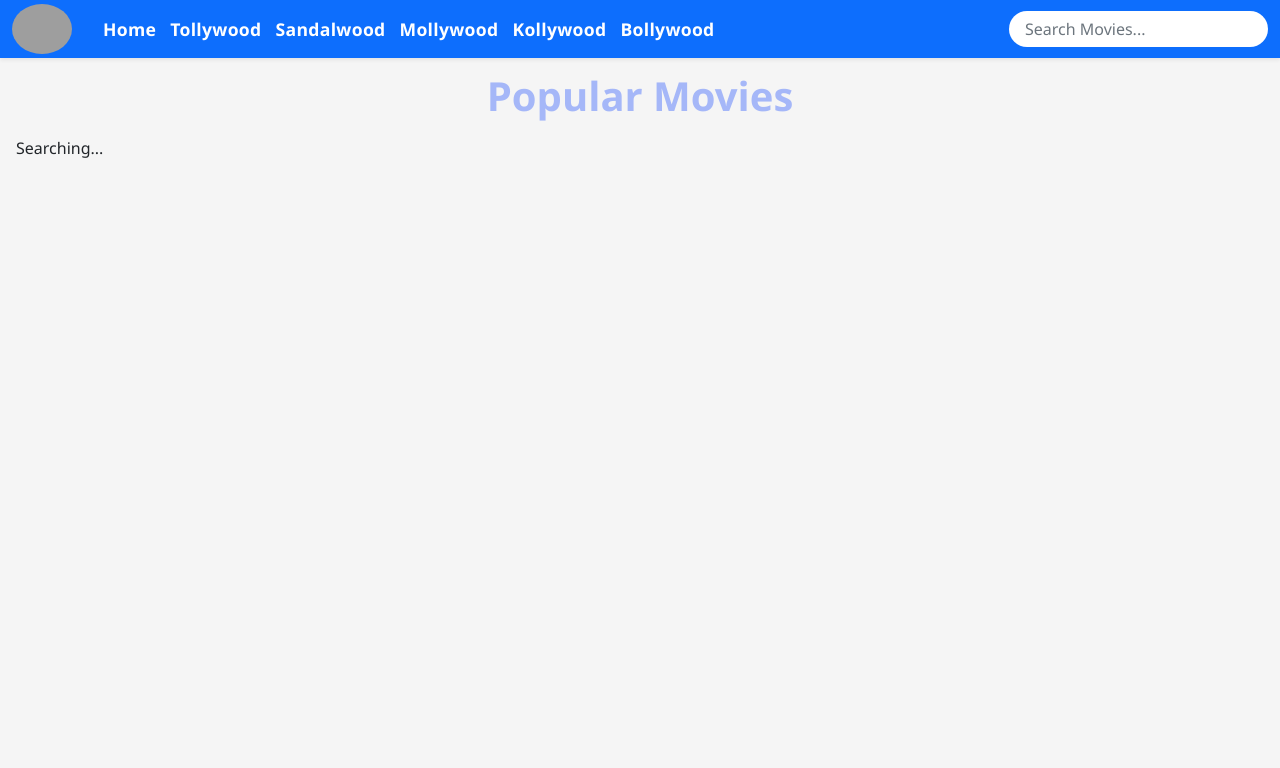
Repository: chandu7777158/Movies_spot
Page: /
These files come from the project's save history. The page is drawn as it stood at one moment and after the next save; the edit follows.
The browser window is 1280 px wide. The pictures show the whole page.
Pictures or frames that could not be fetched are drawn as grey boxes. The page's requests for data from a server got no answer. The project was rebuilt for these pictures with package versions that can differ from the ones it lists, and the page was loaded fresh each time. No one was signed in, and anything a server would have sent is missing. Also part of the build but not shown: vite.config.js, src/components/MovieCard.jsx.

Above is the page before, as saved 2026-01-28 14:18:49.

### index.html
<!doctype html>
<html lang="en">
  <head>
    <meta charset="UTF-8" />
    <link rel="icon" type="image/svg+xml" href="/vite.svg" />
    <meta name="viewport" content="width=device-width, initial-scale=1.0" />
    <title>movies_spot</title>
    <link rel="stylesheet" href="https://cdn.jsdelivr.net/npm/bootstrap-icons@1.11.0/font/bootstrap-icons.css">
    <link href="https://cdn.jsdelivr.net/npm/bootstrap@5.2.3/dist/css/bootstrap.min.css" rel="stylesheet" integrity="sha384-rbsA2VBKQhggwzxH7pPCaAqO46MgnOM80zW1RWuH61DGLwZJEdK2Kadq2F9CUG65" crossorigin="anonymous">

  </head>
  <body>
    <script src="https://cdn.jsdelivr.net/npm/bootstrap@5.2.3/dist/js/bootstrap.bundle.min.js" integrity="sha384-kenU1KFdBIe4zVF0s0G1M5b4hcpxyD9F7jL+jjXkk+Q2h455rYXK/7HAuoJl+0I4" crossorigin="anonymous"></script>
    <div id="root"></div>
    <script type="module" src="/src/main.jsx"></script>
  </body>
</html>

### src/index.css
/* Global Reset and Fix for Fixed Navbar */
body {
    background: whitesmoke;
    min-height: 100vh;
    margin: 0;
    /* This padding prevents content from hiding behind the navbar */

    font-family: 'Segoe UI', sans-serif;
}

/* Custom Highlight Effect for Nav Links */
.navbar-nav .nav-link {
    padding: 7px !important;
}

.nav-highlight {
    color: white !important;
    transition: all 0.3s ease;
}

.nav-highlight:hover {
    color:#f5e15d !important;

}

/* Make search bar look modern */
.form-control:focus {
    box-shadow: 0 0 10px rgba(255, 255, 255, 0.5);
    outline: none;
}

/* Fix for the Logo - making it prominent but low padding */
.nav-logo-img {
    width: 60px;
    height: 50px;
    object-fit: cover;
    margin: 0px 0;
}

/* Tighten up the Nav Links for a cleaner look */
.navbar-nav .nav-link {
    font-size: 1.1rem;
    letter-spacing: 0.3px;
    padding-top: 0.2rem;
    padding-bottom: 0.2rem;
}

/* Ensure the Mobile Toggler and Search Icon align perfectly */
.navbar-toggler:focus {
    box-shadow: none; /* Removes the ugly blue border on click */
}

/* Ensure posters look like real movie posters */
.movie-card img {
    /* Standard movie poster ratio is 2:3 */
    aspect-ratio: 2.3 / 3;
    max-width: 100%;
    border-radius: 8px 8px 8px 8px;
    transition: transform 0.3s ease;
}



.movie-card {
    box-shadow:  0 0 5px 5px  rgba(0, 0, 0, 0.04) !important;
    transition: box-shadow 0.3s ease;
    border-radius: 10px !important;
    cursor: pointer;
    padding-top: 2px;
}

.movie-card:hover {
    transform: scale(1.03);
    box-shadow:  0 0 5px 5px  rgba(0, 0, 0, 0.10) !important;
}

### src/App.jsx
import React from 'react';
import { BrowserRouter as Router, Routes, Route } from 'react-router-dom';
import Navbar from './components/Navbar';
import MoviePage from './pages/MoviePage';

function App() {
  return (
    <Router>
      <Navbar />
      <main className="mt-5 pt-4">
        <Routes>
          <Route path="/" element={<MoviePage category="popular" />} />
          <Route path="/tollywood" element={<MoviePage category="tollywood" />} />
          <Route path="/sandalwood" element={<MoviePage category="sandalwood" />} />
          <Route path="/mollywood" element={<MoviePage category="mollywood" />} />
          <Route path="/kollywood" element={<MoviePage category="kollywood" />} />
          <Route path="/bollywood" element={<MoviePage category="bollywood" />} />
          <Route path="/search/:query" element={<MoviePage category="search" />} />
        </Routes>
      </main>
    </Router>
  );
}

export default App;

### src/components/Navbar.jsx
import React, { useState } from 'react';
import { Link, useNavigate } from 'react-router-dom';

export default function Navbar() {
    const [searchTerm, setSearchTerm] = useState("");
    const navigate = useNavigate();

    const navItems = [
        { label: 'Home', path: '/' },
        { label: 'Tollywood', path: '/tollywood' },
        { label: 'Sandalwood', path: '/sandalwood' },
        { label: 'Mollywood', path: '/mollywood' },
        { label: 'Kollywood', path: '/kollywood' },
        { label: 'Bollywood', path: '/bollywood' },
    ];

    const handleSearch = (e) => {
        e.preventDefault();
        if (searchTerm.trim()) {
            navigate(`/search/${searchTerm}`);
            setSearchTerm(""); // Clear input after search
            // Close mobile menu if open
            const menu = document.getElementById('navbarNav');
            if (menu.classList.contains('show')) {
                menu.classList.remove('show');
            }
        }
    };

    return (
        <nav className="navbar navbar-expand-lg navbar-dark bg-primary shadow-sm fixed-top py-1">
            <div className="container-fluid d-flex align-items-center">
                <Link className="navbar-brand p-0" to="/">
                    <img
                        src="https://static.vecteezy.com/system/resources/previews/022/580/623/non_2x/movie-media-letter-logo-design-illustration-free-vector.jpg"
                        alt="Logo"
                        className="rounded-circle nav-logo-img"
                    />
                </Link>

                <div className="d-flex align-items-center ms-auto">
                    {/* Mobile Search Icon - Now triggers the toggle to show the search bar */}
                    <button
                        className="btn btn-link text-white d-lg-none p-2 me-1"
                        data-bs-toggle="collapse"
                        data-bs-target="#navbarNav"
                    >
                        <i className="bi bi-search fs-5"></i>
                    </button>
                    <button className="navbar-toggler border-0 p-2" data-bs-toggle="collapse" data-bs-target="#navbarNav">
                        <span className="navbar-toggler-icon"></span>
                    </button>
                </div>

                <div className="collapse navbar-collapse" id="navbarNav">
                    <ul className="navbar-nav ms-2 mb-2 mb-lg-0 text-center">
                        {navItems.map((item) => (
                            <li className="nav-item" key={item.label}>
                                <Link className="nav-link nav-highlight px-lg-3 fw-bold" to={item.path}>
                                    {item.label}
                                </Link>
                            </li>
                        ))}
                    </ul>

                    <div className="me-auto"></div>

                    {/* Unified Search Form (Visible in collapse on mobile, inline on desktop) */}
                    <form className="d-flex mt-2 mt-lg-0" onSubmit={handleSearch}>
                        <input
                            className="form-control rounded-pill border-0 ps-3"
                            type="search"
                            placeholder="Search Movies..."
                            value={searchTerm}
                            onChange={(e) => setSearchTerm(e.target.value)}
                        />
                    </form>
                </div>
            </div>
        </nav>
    );
}

### src/pages/MoviePage.jsx
import React, { useState, useEffect } from 'react';
import { useParams } from 'react-router-dom';
import { getMovies, searchMovies } from '../services/movieService';
import MovieCard from '../components/MovieCard';

const MoviePage = ({ category }) => {
    const [movies, setMovies] = useState([]);
    const [loading, setLoading] = useState(true);
    const { query } = useParams(); // Get search term from URL

    useEffect(() => {
        const loadMovies = async () => {
            setLoading(true);
            let data;
            if (category === 'search' && query) {
                data = await searchMovies(query);
            } else {
                data = await getMovies(category);
            }
            setMovies(data);
            setLoading(false);
        };
        loadMovies();
    }, [category, query]); // Re-run if category OR search query changes

    const displayTitle = category === 'search'
        ? `Results for "${query}"`
        : category === 'popular' ? 'Popular Movies' : `${category.charAt(0).toUpperCase() + category.slice(1)} Movies`;

    return (
        <div className="container-fluid px-3">
            {/*Dynamic headings added here*/}
            <h1 className="mt-0 mb-3 fw-bold" style={{ color: "#a5b7f8",textAlign:"center" }}>{displayTitle}</h1>
            <div className="row g-2">
                {loading ? (
                    <p>Searching...</p>
                ) : movies.length > 0 ? (
                    movies.map(movie => <MovieCard key={movie.id} movie={movie} />)
                ) : (
                    <div className="text-center mt-5">
                        <h3>No movies found for "{query}"</h3>
                    </div>
                )}
            </div>
        </div>
    );
};

export default MoviePage;

### src/services/movieService.js
const API_KEY = import.meta.env.VITE_TMDB_KEY;
const BASE_URL = 'https://api.themoviedb.org/3';

const languageCodes = {
    tollywood: 'te',
    bollywood: 'hi',
    kollywood: 'ta',
    mollywood: 'ml',
    sandalwood: 'kn'
};

export const getMovies = async (type) => {
    let url1 = "";
    let url2 = "";

    if (type === 'popular' || type === 'Home') {
        url1 = `${BASE_URL}/movie/popular?api_key=${API_KEY}&page=1`;
        url2 = `${BASE_URL}/movie/popular?api_key=${API_KEY}&page=2`;
    } else {
        const code = languageCodes[type.toLowerCase()];
        url1 = `${BASE_URL}/discover/movie?api_key=${API_KEY}&with_original_language=${code}&page=1`;
        url2 = `${BASE_URL}/discover/movie?api_key=${API_KEY}&with_original_language=${code}&page=3`;
    }

    const [res1, res2] = await Promise.all([fetch(url1), fetch(url2)]);
    const data1 = await res1.json();
    const data2 = await res2.json();

    return [...(data1.results || []), ...(data2.results || [])].slice(0,36);
};

export const searchMovies = async (query) => {
    const url = `${BASE_URL}/search/movie?api_key=${API_KEY}&query=${encodeURIComponent(query)}&page=1`;
    const response = await fetch(url);
    const data = await response.json();
    return data.results || [];
};

Loaded but not shown: src/main.jsx (common file)

After the next save:
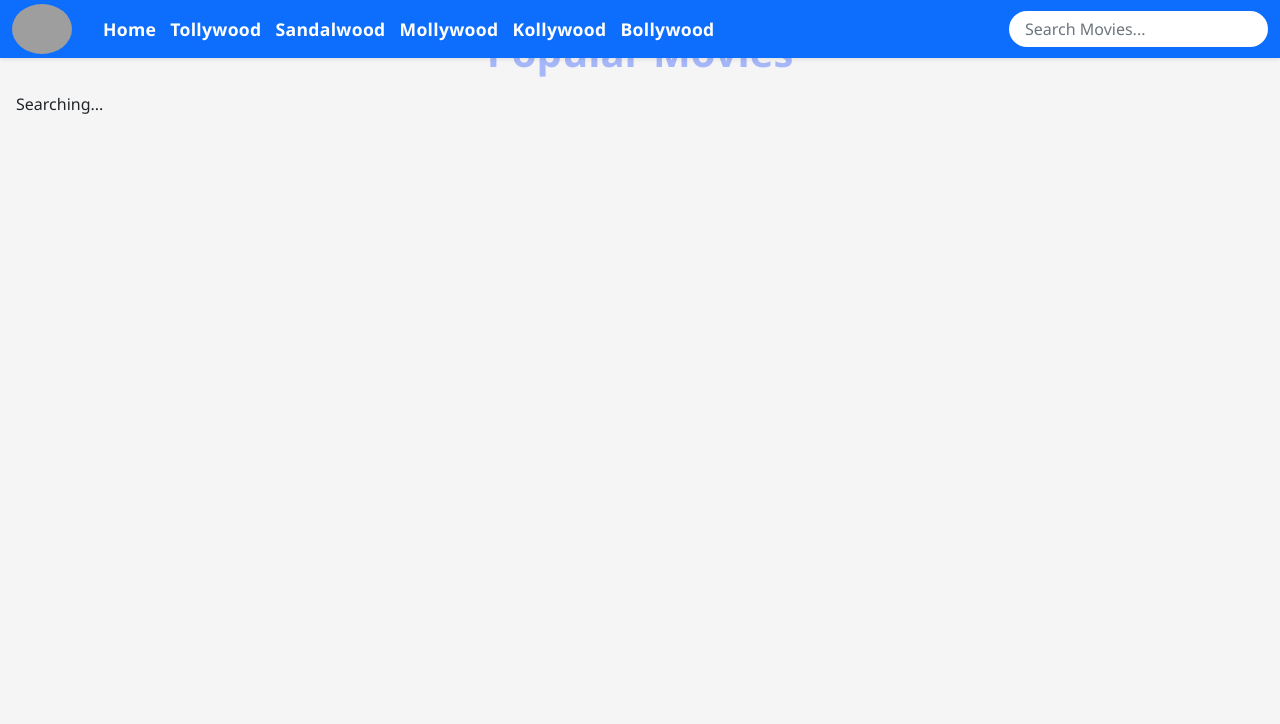
Saved 6 s later.
--- a/src/App.jsx
+++ b/src/App.jsx
@@ -7,7 +7,7 @@ function App() {
   return (
     <Router>
       <Navbar />
-      <main className="mt-5 pt-4">
+      <main className="mt-1 pt-4">
         <Routes>
           <Route path="/" element={<MoviePage category="popular" />} />
           <Route path="/tollywood" element={<MoviePage category="tollywood" />} />
